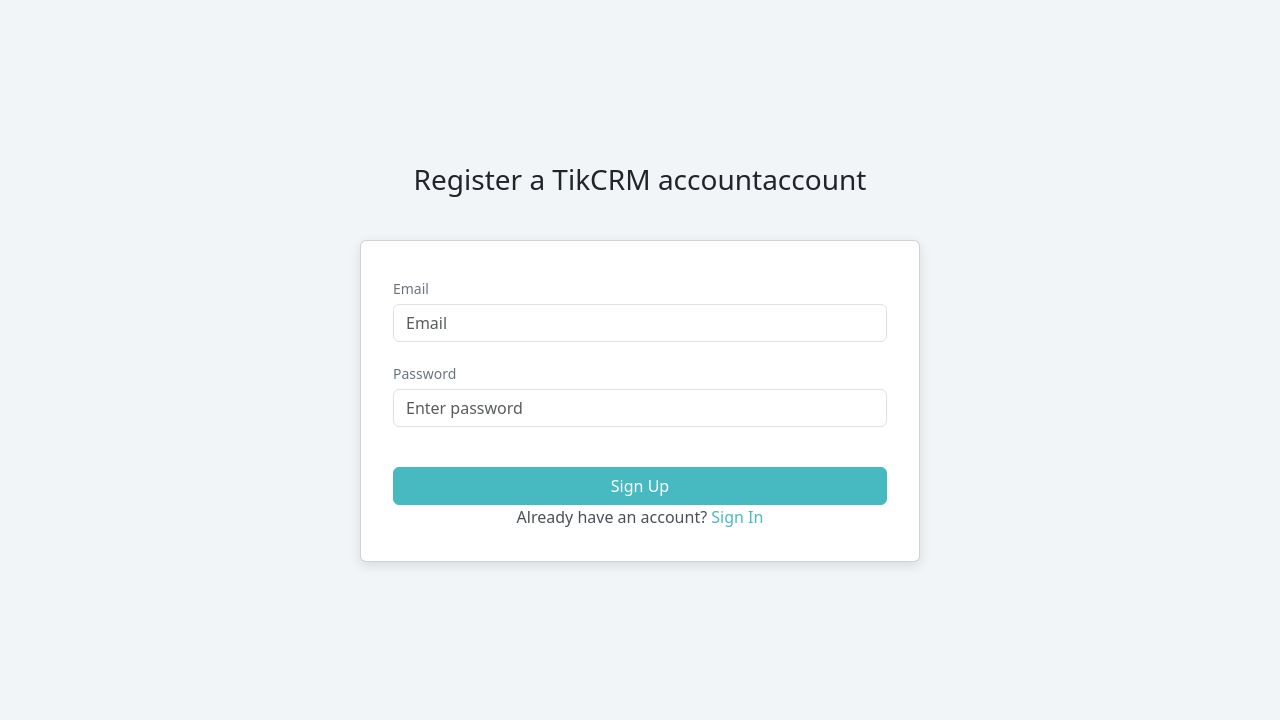
Repository: chaolaolo/tikcrm-fe
Page: /register
These files come from the project's save history. The page is drawn as it stood at one moment and after the next save; the edit follows.
The browser window is 1280 px wide. The pictures show the whole page.
The project was rebuilt for these pictures with package versions that can differ from the ones it lists, and the page was loaded fresh each time. Also part of the build but not shown: vite.config.ts, src/pages/Auth/Login/LoginPage.tsx, src/pages/Home/Settings.tsx, src/pages/Home/HomePage.tsx. Imported but missing from the stored project, and not drawn on this page: src/pages/Home/Dashboard.

Above is the page before, as saved 2025-05-22 23:07:55.

After the next save:
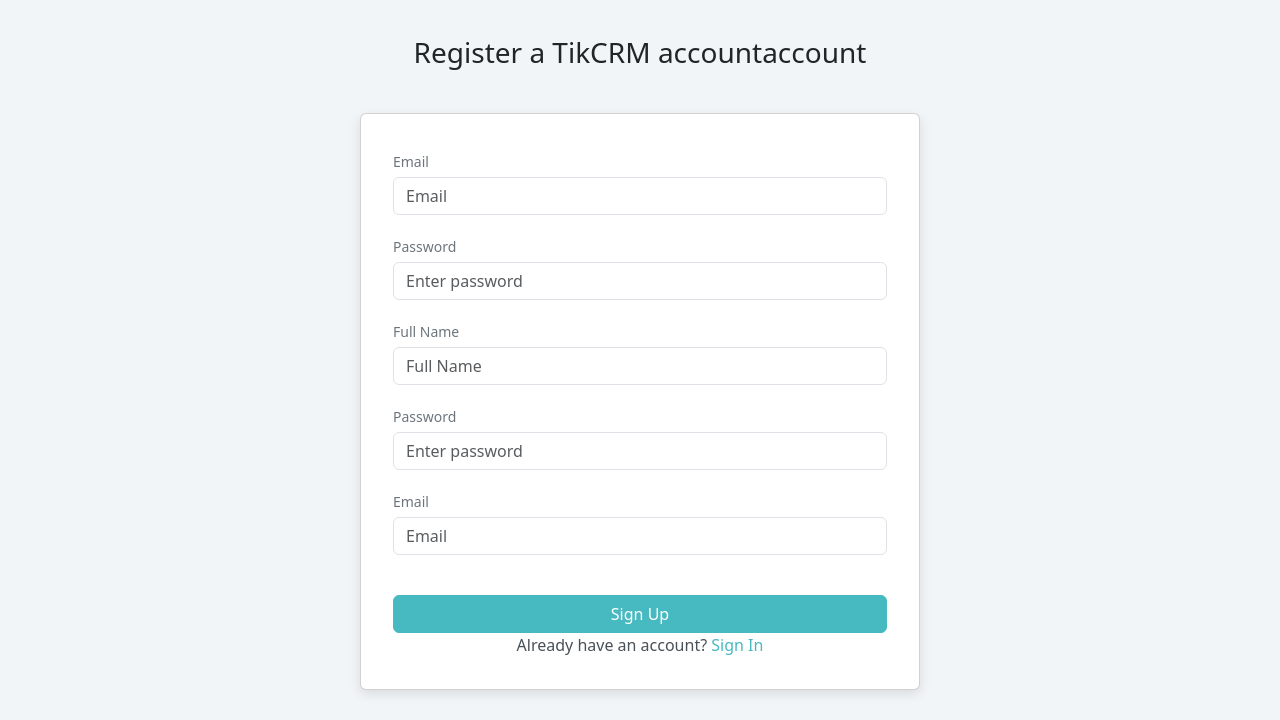
Saved 103 s later.
--- a/src/pages/Auth/Register/RegisterPage.tsx
+++ b/src/pages/Auth/Register/RegisterPage.tsx
@@ -69,6 +69,35 @@
                 />
               </div>
 
+ <div className="mb-3 text-start">
+                <label htmlFor="fullName" className="col-sm-2 col-form-label col-form-label-sm text-secondary">Full Name</label>
+                <input
+                  type="fullName"
+                  className="form-control"
+                  id="email"
+                  placeholder="Full Name"
+                />
+              </div>
+
+              <div className="mb-3 text-start">
+                <label htmlFor="password" className="col-sm-2 col-form-label col-form-label-sm text-secondary">Password</label>
+                <input
+                  type="password"
+                  className="form-control"
+                  id="password"
+                  placeholder="Enter password"
+                />
+              </div>
+               <div className="mb-3 text-start">
+                <label htmlFor="email" className="col-sm-2 col-form-label col-form-label-sm text-secondary">Email</label>
+                <input
+                  type="email"
+                  className="form-control"
+                  id="email"
+                  placeholder="Email"
+                />
+              </div>
+
               <button type="submit" className="btn custom-login-btn w-100 mt-4">Sign Up</button>
 
               <div className="text-center">
